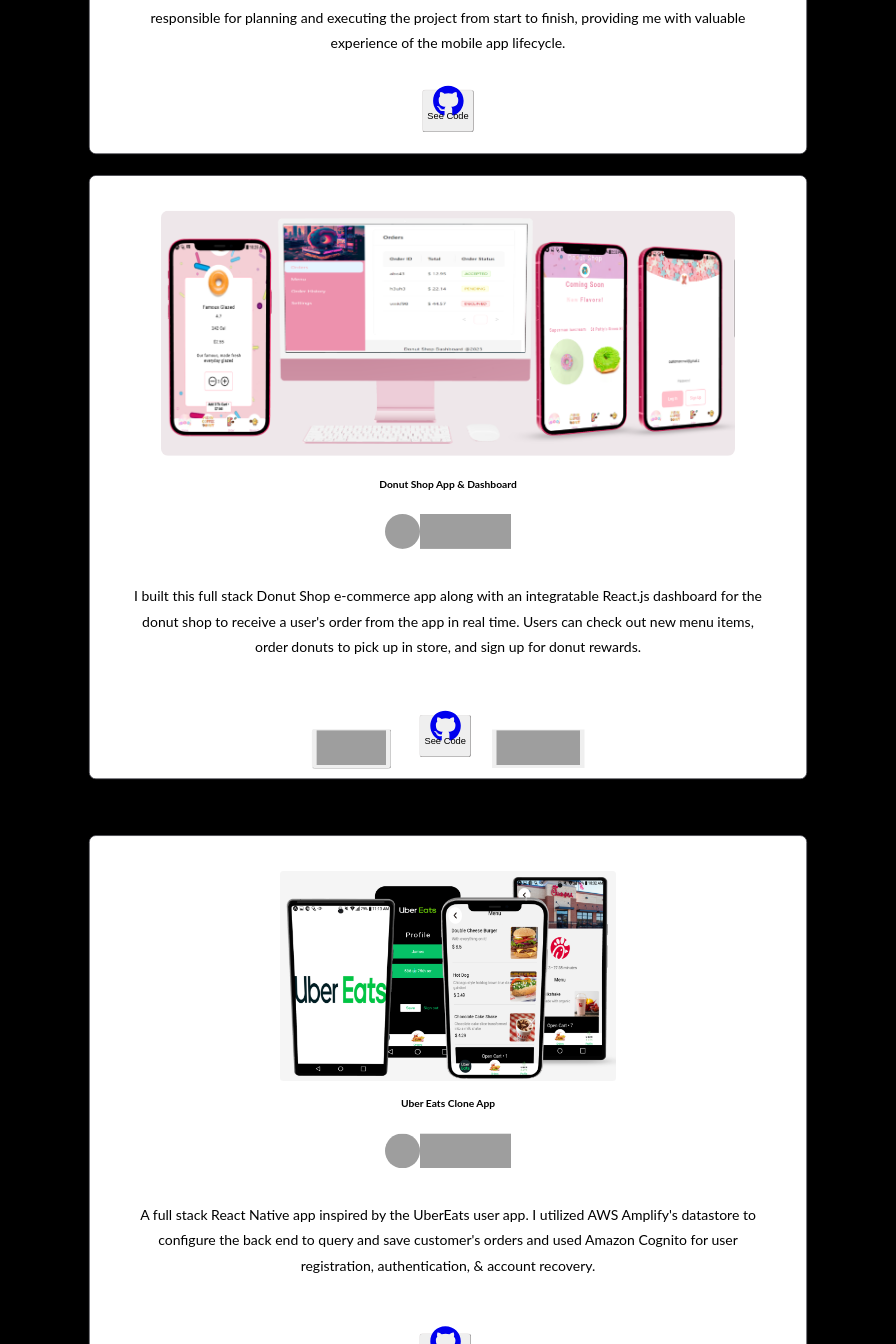
Repository: JamesPesenti/portfolio
Page: /
These files come from the project's save history. The page is drawn as it stood at one moment and after the next save; the edit follows.
The browser window is 1280 px wide. The pictures show the part of the page from y = 2603 to 4523 px (the page is 6929 px tall), at 70% of full size.
Pictures or frames that could not be fetched are drawn as grey boxes. The project was rebuilt for these pictures with package versions that can differ from the ones it lists, and the page was loaded fresh each time. Imported but missing from the stored project, and not drawn on this page: src/Components/James Pesenti Resume 2023.pdf.

Above is the page before, as saved 2023-05-29 08:42:08.

### public/index.html
<!DOCTYPE html>
<html lang="en">
  <head>
    <meta charset="utf-8" />
    <link rel="" href="" />
    <meta name="viewport" content="width=device-width, initial-scale=1" />
    <meta name="theme-color" content="#000000" />
    <meta name="description" content="James Pesenti Portfolio 2022" />
    <link rel="apple-touch-icon" href="" />
    <link rel="manifest" href="%PUBLIC_URL%/manifest.json" />

    <title>Portfolio 2023</title>

  </head>
  <body>
    <div id="root"></div>
  </body>
</html>

### src/Components/Navbar.jsx
import React, {Component} from 'react'
import { FaGithub } from "react-icons/fa";
import { FaEnvelope } from "react-icons/fa";
import { FaFile } from "react-icons/fa";
import Pdf from "../Components/James Pesenti Resume 2023.pdf"


const Navbar = () => {
  return (
    <>
          <div className="navbar flex">
            <div className="container">
                <nav>
                  <ul style={{textAlign: "center", marginTop: 70, position: 'relative', left: 0, top: -2}}>
                    <li>
                      <a className="App-link"  href="mailto:jamespesenti91@gmail.com" target="_blank" rel="noopener noreferrer">
                      <FaEnvelope size={35} style={{display: "flex", textAlign: "center", marginLeft: 10}}/>
                          Contact
                      </a>
                    </li>
                    <li>
                      <a className="App-link" href="https://github.com/JamesPesenti" target="_blank" rel="noopener noreferrer">
                        <FaGithub size={35} style={{display: "flex", textAlign: "center", marginLeft: 10}} />
                        GitHub
                      </a>
                    </li>
                    <li>
                      <a className="App-link" href={Pdf} target="_blank" rel="noopener noreferrer">
                        <FaFile size={35} style={{display: "flex", textAlign: "center", marginLeft: 10}} />
                        Resume
                      </a>
                    </li>
                  </ul>
                </nav>
                {/* <h4 style={{color: "white", textAlign: 'center', marginBottom:-440}}>
                  See my work below and send a message to get in touch
                </h4> */}
            </div>
          </div>
    </>
  )
}

export default Navbar

### src/Components/AboutMe.jsx
import React from 'react'
import { FontAwesomeIcon } from '@fortawesome/react-fontawesome'
import { FaGithub } from "react-icons/fa";
import { FaMapPin } from "react-icons/fa";

const AboutMe = () => {
  return (
    <>

        <div style={{justifyContent: "center", textAlign: "center", color: "white", padding: 50,}}>
            {/* Spinning image  */}
            {/* <img style={{padding: 10, borderRadius: "50%", width: 200, height: 200,}} src="/images/IMG_1619.jpg" className="App-logo" alt="logo" /> */}
            <img style={{padding: 10, borderRadius: "50%", width: 200, height: 200,}} src="/images/IMG_1619.jpg" alt="logo" />
            <h1>I'm James Pesenti</h1>
            <h2>a Software Developer building mobile apps and websites</h2>
              <FaMapPin size={20} style={{position: "relative", top: 5, right: 65, }} />
              <h3 style={{marginTop: -24}}> Chicago, IL</h3>
        </div>

</>
  )
}

export default AboutMe

### src/Components/Scroll.jsx
import React from 'react'
import '../CSS/App.css';


const Scroll = () => {

  return (
    <>

        <div style={{marginBottom: 400, justifyContnent: 'center'}} id="section09" class="demo">
          <a href="#parallaxContainer">
            <span></span>
            Scroll down to see my work
          </a>
        </div>

    </>
  )
}

export default Scroll

### src/Components/MyProjects.jsx
import UberGoogleButton from "../Components/UberGoogleButton"
import AstonGoogleButton from "./AstonGoogleButton"
import AstonAppleButton from "./AstonAppleButton"
import BarceGoogleButton from "../Components/BarceGoogleButton"
import BarceAppleButton from "./BarceAppleButton"
import { FaGithub } from "react-icons/fa";

const MyProjects = () => {
  return (

  <>
    <div id="parallaxContainer">

    {/* Airbnb Clone */}
    <div style={{ justifyContent: 'center', alignItems: 'center',  width: "80%", borderRadius: 10}} className="box">
            <div>
                <img style={{ borderRadius: 10, marginTop: 50, marginBottom: -35, width: "48%", height: 350, transition: ".7s", }} src="images/mockrocket-capture (11).png" />
            </div>
            <h4 style={{textAlign: 'center'}}>Airbnb Clone App</h4>
                <div style={{flexDirection: "row", padding: 10, borderRadius: 10, marginBottom: -40,}}>
                  <img style={{width: 50, height: 50, borderRadius: 50}} src="https://i.pinimg.com/originals/8a/02/1a/8a021aa097236b42dd71fb731e3d894d.gif"/>
                  <img style={{width: 80, height: 50, }} src="https://www.datocms-assets.com/45470/1631026680-logo-react-native.png"  />
                  {/* <img style={{width: 50, height: 50, }} src="https://pbs.twimg.com/profile_images/1114309924551417856/FKA4cm2x_400x400.png"  /> */}
                </div>
           <div>
            <p style={{fontSize: 20, textAlign: 'center', padding: 50, marginBottom: -60}}>I created a mobile app clone of the popular Airbnb platform using React Native. Currently, the project includes a functional UI that mimics the 2022 Airbnb interface, with features such as</p>
            <p style={{fontSize: 20, padding: 0, marginBottom: -20}}>&#8226; Google autocomplete search</p>
            <p style={{fontSize: 20,  padding: 0, marginBottom: -20}}>&#8226; Image carousel with pagination</p>
            <p style={{fontSize: 20, paddingHorizontal: 0, marginBottom: -20}}> &#8226; Google Maps functionality to select an Airbnb on the map based on price.</p>
            <p style={{fontSize: 20, paddingHorizontal: 0, marginBottom: -20}}> &#8226; OpenAI API integration prompting ChatGPT to act as a chatbot for guest property recommendations.</p>

            <p style={{fontSize: 20, textAlign: 'center', padding: 40, marginBottom: -60}}>I plan to add additional features and integrate back end functionality in future updates to enhance the user experience and provide a more comprehensive product.</p>
            <p style={{fontSize: 20, textAlign: 'center', padding: 30, marginBottom: -80}}><b> Key Skills I learned: </b>React Native, UI design, Google Play and App Store submission process, mobile development, UX design, project management.</p>
            <p style={{fontSize: 20, textAlign: 'center', padding: 50}}><b> Impact: </b> Each project has allowed me to gain experience in mobile development and hone my skills in UI and UX design. It has also provided me with the opportunity to practice project management, by being responsible for planning and executing the project from start to finish, providing me with valuable experience of the mobile app lifecycle.</p>
           </div>

            <div style={{flexDirection: "row"}}>
                {/* <UberGoogleButton  /> */}
                <button style={{marginTop: 10}} type="button" className="codeButton">
                  <a href="https://github.com/JamesPesenti/Airbnb" target="_blank" rel="noopener noreferrer">
                    <FaGithub  size={45} style={{ marginTop: -80, marginBottom: -25, justifyContent: "center", textAlign: "center"}} />
                  </a>
                  <p>See Code</p>
                </button>
                {/* <AstonAppleButton  /> */}
            </div>

        </div>


     {/* Donut Shop App */}
     <div style={{marginTop: 30, marginBottom: 20, justifyContent: 'center', alignItems: 'center',  width: "80%", borderRadius: 10}} className="box">
            <div>
                <img style={{ borderRadius: 10, marginTop: 50, width: "80%", height: 350, transition: ".7s", }} src="/images/appAndDashMock.png" />
            </div>
            <h4 style={{textAlign: 'center'}}>Donut Shop App & Dashboard</h4>
                <div style={{flexDirection: "row", padding: 10, borderRadius: 10, marginBottom: -40,}}>
                  <img style={{width: 50, height: 50, borderRadius: 50}} src="https://i.pinimg.com/originals/8a/02/1a/8a021aa097236b42dd71fb731e3d894d.gif"/>
                  <img style={{width: 80, height: 50, }} src="https://www.datocms-assets.com/45470/1631026680-logo-react-native.png"  />
                  <img style={{width: 50, height: 50, }} src="https://pbs.twimg.com/profile_images/1114309924551417856/FKA4cm2x_400x400.png"  />
                </div>
            <p style={{fontSize: 20,textAlign: 'center', padding: 50}}>I built this full stack Donut Shop e-commerce app along with an integratable React.js dashboard for the donut shop to receive a user's order from the app in real time. Users can check out new menu items, order donuts to pick up in store, and sign up for donut rewards.</p>

            <div style={{flexDirection: "row"}}>
                <UberGoogleButton  />
                <button style={{marginTop: 40}} type="button" className="codeButton">
                  <a href="https://github.com/JamesPesenti/Donut_Shop" target="_blank" rel="noopener noreferrer">
                    <FaGithub  size={45} style={{ marginTop: -80, marginBottom: -25, justifyContent: "center", textAlign: "center"}} />
                  </a>
                  <p>See Code</p>
                </button>
                <AstonAppleButton  />
            </div>

        </div>


    {/* Uber Eats App */}
    <div style={{marginTop: 80, marginBottom: 60, justifyContent: 'center', alignItems: 'center',  width: "80%", borderRadius: 10}} className="box">
            <div className="imgWrapper" style={{width: 480, height: 350}}>
                <img style={{ borderRadius: 5, marginTop: 50, width: "100%", height: 300, transition: ".7s", }} src="/images/UberEatsLast.png" />
            </div>
            <h4 style={{textAlign: 'center'}}>Uber Eats Clone App</h4>
                <div style={{flexDirection: "row", padding: 10, borderRadius: 10, marginBottom: -40,}}>
                  <img style={{width: 50, height: 50, borderRadius: 50}} src="https://i.pinimg.com/originals/8a/02/1a/8a021aa097236b42dd71fb731e3d894d.gif"/>
                  <img style={{width: 80, height: 50, }} src="https://www.datocms-assets.com/45470/1631026680-logo-react-native.png"  />
                  <img style={{width: 50, height: 50, }} src="https://pbs.twimg.com/profile_images/1114309924551417856/FKA4cm2x_400x400.png" />
                </div>
            <p style={{fontSize: 20,textAlign: 'center', padding: 50}}>A full stack React Native app inspired by the UberEats user app. I utilized AWS Amplify's datastore to configure the back end to query and save customer's orders and used Amazon Cognito for user registration, authentication, & account recovery.</p>

            <div style={{flexDirection: "row"}}>
                <UberGoogleButton  />
                <button style={{marginTop: 40}} type="button" className="codeButton">
                  <a href="https://github.com/JamesPesenti/UberEatsClone" target="_blank" rel="noopener noreferrer">
                    <FaGithub  size={45} style={{ marginTop: -80, marginBottom: -20, justifyContent: "center", textAlign: "center"}} />
                  </a>
                  <p>See Code</p>
                </button>
                <AstonAppleButton  />
            </div>

        </div>


     {/* Aston Waikiki App */}
       <div style={{marginTop: 80, marginBottom: 120, justifyContent: 'center', alignItems: 'center',  width: "80%", borderRadius: 10}} className="box">
            <div className="imgWrapper" style={{width: 450, height: 350}}>
                <img style={{ marginTop: 50, width: "100%", height: "auto", transition: ".7s", }} src="/images/astonmock.png" />
            </div>
            <h4 style={{textAlign: 'center'}}>Aston Waikiki Hotel UI</h4>
                <div style={{flexDirection: "row", padding: 10, borderRadius: 10, marginBottom: -40,}}>
                  <img style={{width: 50, height: 50, borderRadius: 50}} src="https://i.pinimg.com/originals/8a/02/1a/8a021aa097236b42dd71fb731e3d894d.gif"/>
                  <img style={{width: 80, height: 50, }} src="https://www.datocms-assets.com/45470/1631026680-logo-react-native.png"  />
                </div>
            <p style={{fontSize: 20,textAlign: 'center', padding: 50}}>A React Native UI design I created to reimagine the hotel Aston Waikiki Beach's website into a cross platform mobile app. I used most of the content and images from the current website and utilized both Bottom Tabs, Drawer navigation and other React Native libraries for a better user experience.</p>

            <div style={{flexDirection: "row"}}>
                <AstonGoogleButton  />
                <button style={{marginTop: 40}} type="button" className="codeButton">
                        <a href="https://github.com/JamesPesenti/AstonWaikikiBeachApp" target="_blank" rel="noopener noreferrer">
                            <FaGithub  size={45} style={{ marginTop: -80, marginBottom: -20, justifyContent: "center", textAlign: "center"}} />
                        </a>
                        <p>See Code</p>
                </button>
                <AstonAppleButton  />
            </div>

        </div>


    {/* Barcelona App */}
       <div style={{marginTop: 20, marginBottom: 120, justifyContent: 'center', alignItems: 'center',  width: "80%", borderRadius: 10}} className="box">
            <div className="imgWrapper" style={{width: 650, height: 300}}>
                <img style={{ marginTop: 30, width: "100%", height: 250, transition: ".7s", }} src="/images/barcelonamockup.png" />
            </div>
            <h4 style={{textAlign: 'center'}}>Barcelona Tourist App</h4>
                <div style={{flexDirection: "row", padding: 10, borderRadius: 10, marginBottom: -20,}}>
                <img style={{width: 80, height: 50,}} src="https://www.datocms-assets.com/45470/1631026680-logo-react-native.png"  />
                <img style={{width: 50, height: 50, borderRadius: 50}} src="https://i.pinimg.com/originals/8a/02/1a/8a021aa097236b42dd71fb731e3d894d.gif"/>
                </div>
            <p style={{fontSize: 20, textAlign: 'center', padding: 50}}>I created this React Native app for visitors of Barcelona Spain to save pictures and locations of their favorite places. I used pop-up modals for users to quickly get information on popular sights and used geolocation with google maps so users can save their location and select it on the map.</p>

            <div style={{flexDirection: "row"}}>
               <BarceAppleButton  />
                <button style={{marginTop: 40}} type="button" className="codeButton">
                        <a href="https://github.com/JamesPesenti/BarcelonaApp" target="_blank" rel="noopener noreferrer">
                            <FaGithub  size={45} style={{ marginTop: -80, marginBottom: -20, justifyContent: "center", textAlign: "center"}} />
                        </a>
                        <p>See Code</p>
                </button>
                <BarceGoogleButton  />
            </div>

        </div>

    {/* IAR React App */}
        {/* <div style={{marginBottom: 0, justifyContent: 'center', alignItems: 'center',  width: "80%", borderRadius: 10}} className="box">
            <img style={{ width: 600, height: 350, borderRadius: 10, borderWidth: 2, borderColor: "green"}} src="/images/innermock.png" />
            <h4 style={{textAlign: 'center'}}>Inner Aura Readings Website</h4>
            <div style={{flexDirection: "row", padding: 10, borderRadius: 10}}>
                <img src="https://www.logo.wine/a/logo/React_(web_framework)/React_(web_framework)-Logo.wine.svg" style={{width: 100, height: 50,}} />
                <img className="logoBox" src="https://cdn.pixabay.com/photo/2017/08/05/11/16/logo-2582747_1280.png" style={{width: 50, height: 50,}} />
            </div>
            <p style={{fontSize: 20, textAlign: 'center', padding: 50}}>This was the first official React.js web app that I developed. I made it for a friend who wanted to reach more customers with a mobile friendly website. I made multiple iterations and converted it into a PWA for offline operability with native like performance. </p>
            <button style={{marginTop: 0}} type="button" className="codeButton">
                        <a href="https://github.com/JamesPesenti/InnerAuraReadings2022" target="_blank" rel="noopener noreferrer">
                            <FaGithub  size={45} style={{ marginTop: -80, marginBottom: -20, justifyContent: "center", textAlign: "center"}} />
                        </a>
                        <p>See Code</p>
            </button>

        </div> */}


{/* REapp */}
        {/* <div style={{marginBottom: 100, justifyContent: 'center', alignItems: 'center',  width: "80%", borderRadius: 10,}} className="box">
        <img style={{marginTop: 50, width: 800, height: 350, borderRadius: 10, borderWidth: 2, borderColor: "green"}} src="/images/remockup.png" />
            <h4 style={{textAlign: 'center'}}>Real Estate Listing Website </h4>
            <div style={{flexDirection: "row", padding: 10, borderRadius: 10}}>
                <img src="https://www.logo.wine/a/logo/React_(web_framework)/React_(web_framework)-Logo.wine.svg" style={{width: 100, height: 50,}} />
                <img src="https://img.icons8.com/color/480/cloud-firestore.png" style={{width: 50, height: 50,}} />
                <img src="https://raw.githubusercontent.com/JamesPesenti/RealEstateApp/16b046b3d34b4a26468627e906dc503be8911b73/src/assets/svg/googleIcon.svg" style={{marginBottom: 8, width: 100, height: 30,}} />
            </div>
            <p style={{fontSize: 20, textAlign: 'center', padding: 50}}>Real Estate listing website built with React, FireStore database and Google OAuth to sign in with a google account. You can search listings for rent/sale and login to your account to create a listing and save offers. Inspiration and back-end code taken from Brad Traversey's React course I took on Udemy.</p>
            <button style={{marginTop: 40}} type="button" className="codeButton">
                        <a href="https://github.com/JamesPesenti/RealEstateApp" target="_blank" rel="noopener noreferrer">
                            <FaGithub  size={45} style={{ marginTop: -80, marginBottom: -20, justifyContent: "center", textAlign: "center"}} />
                        </a>
                        <p>See Code</p>
            </button>
        </div> */}

    </div>


    </>
  )
}

export default MyProjects

### src/Components/UberGoogleButton.jsx
import React from 'react'


const UberGoogleButton = () => {
  return (
    <>
    <button type="button" style={{marginRight: 40, borderWidth: .1, borderColor: '#efefef', borderRadius: 5}}>
        <a href="https://expo.dev/accounts/jimpesenti/projects/UberEats/builds/b9dfcb73-dd37-4009-b5f9-7d24a72b937d">
            <img style={{width: 100, height: 50, borderRadius: 0}} src="https://logos-world.net/wp-content/uploads/2020/12/Google-Play-Logo-500x281.png"/>
        </a>
    </button>
    </>
  )
}

export default UberGoogleButton

### src/Components/AstonGoogleButton.jsx
import React from 'react'


const AstonGoogleButton = () => {
  return (
    <>
    <button type="button" style={{marginRight: 40, borderWidth: .1, borderColor: '#efefef', borderRadius: 5}}>
        <a href="https://play.google.com/store/apps/details?id=com.jamespesenti91.astonwaikikibeach">
            <img style={{width: 100, height: 50, borderRadius: 0}} src="https://logos-world.net/wp-content/uploads/2020/12/Google-Play-Logo-500x281.png"/>
        </a>
    </button>
    </>
  )
}

export default AstonGoogleButton

### src/Components/AstonAppleButton.jsx
import React from 'react'

const AstonAppleButton = () => {
  return (
    <>
    <button type="submit" style={{marginLeft: 30, borderWidth: 0,}}  >
        <a href="">
            <img style={{width: 120, height: 50, borderRadius: 0}} src="https://images.squarespace-cdn.com/content/v1/5b549a7f3c3a53487c250f58/1597439116255-P7ME5MNOIWQLJS1X4CPP/Apple+App+Store+Logo+Button.png"/>
        </a>
    </button>
    </>
  )
}

export default AstonAppleButton

### src/Components/BarceGoogleButton.jsx
import React from 'react'


const BarceGoogleButton = () => {
  return (
    <>
    <button type="button" style={{marginLeft: 30, borderWidth: .1, borderColor: '#efefef', borderRadius: 5}}>
        <a href="https://play.google.com/store/apps/details?id=com.jamespesenti91.VisitBarcelona">
            <img style={{width: 100, height: 50, borderRadius: 0}} src="https://logos-world.net/wp-content/uploads/2020/12/Google-Play-Logo-500x281.png" alt="barceButton"/>
        </a>
    </button>
    </>
  )
}

export default BarceGoogleButton

### src/Components/BarceAppleButton.jsx
import React from 'react'

const BarceAppleButton = () => {
  return (
    <>
    <button type="submit" style={{marginRight: 30, borderWidth: 0,}}  >
        <a href="">
            <img style={{width: 120, height: 50, borderRadius: 0}} src="https://images.squarespace-cdn.com/content/v1/5b549a7f3c3a53487c250f58/1597439116255-P7ME5MNOIWQLJS1X4CPP/Apple+App+Store+Logo+Button.png"/>
        </a>
    </button>
    </>
  )
}

export default BarceAppleButton

Loaded but not shown: src/index.js (common file); src/reportWebVitals.js (common file); src/serviceWorkerRegistration.js (137 lines, source omitted); src/App.js (33 lines, source omitted); src/CSS/App.css (351 lines, source omitted); src/CSS/index.css (197 lines, source omitted)

After the next save:
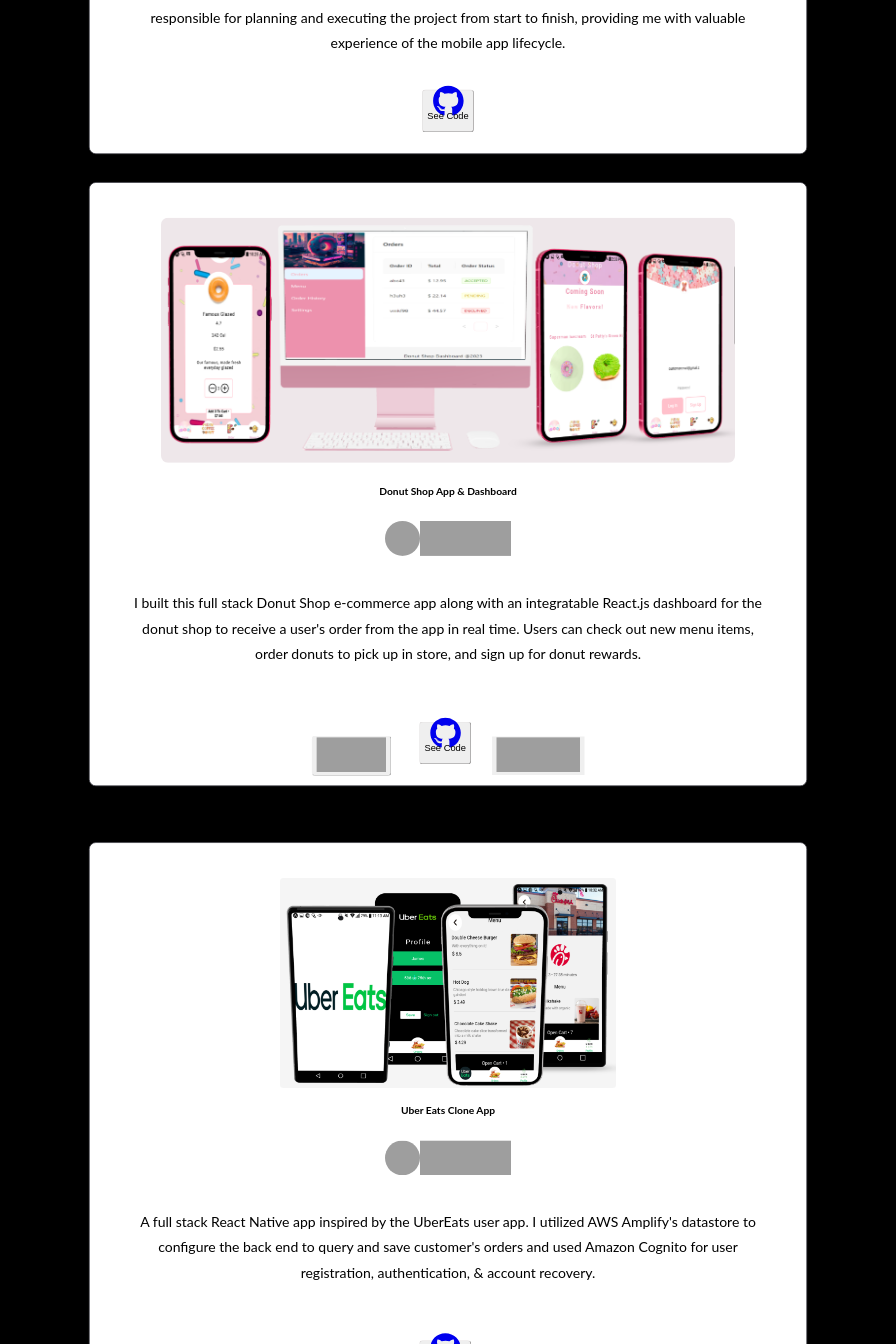
Saved 112 s later.
--- a/src/Components/MyProjects.jsx
+++ b/src/Components/MyProjects.jsx
@@ -34,7 +34,7 @@
             <p style={{fontSize: 20, textAlign: 'center', padding: 50}}><b> Impact: </b> Each project has allowed me to gain experience in mobile development and hone my skills in UI and UX design. It has also provided me with the opportunity to practice project management, by being responsible for planning and executing the project from start to finish, providing me with valuable experience of the mobile app lifecycle.</p>
            </div>
 
-            <div style={{flexDirection: "row"}}>
+           <div style={{flexDirection: "row"}}>
                 {/* <UberGoogleButton  /> */}
                 <button style={{marginTop: 10}} type="button" className="codeButton">
                   <a href="https://github.com/JamesPesenti/Airbnb" target="_blank" rel="noopener noreferrer">
@@ -49,7 +49,7 @@
 
 
      {/* Donut Shop App */}
-     <div style={{marginTop: 30, marginBottom: 20, justifyContent: 'center', alignItems: 'center',  width: "80%", borderRadius: 10}} className="box">
+     <div style={{marginTop: 40, marginBottom: 20, justifyContent: 'center', alignItems: 'center',  width: "80%", borderRadius: 10}} className="box">
             <div>
                 <img style={{ borderRadius: 10, marginTop: 50, width: "80%", height: 350, transition: ".7s", }} src="/images/appAndDashMock.png" />
             </div>
